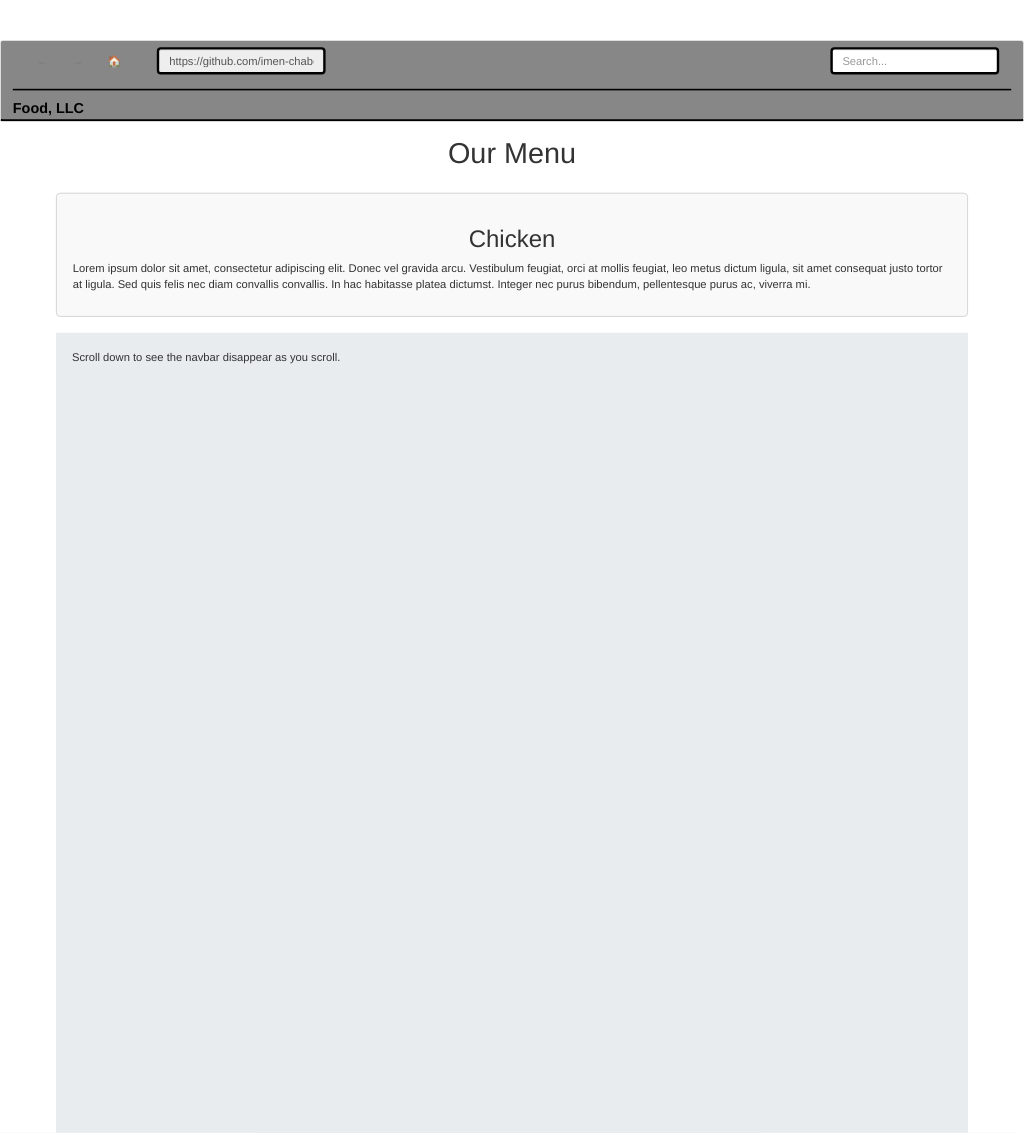
Repository: imen-chabchoub/coursera-test1
Page: mod3-solution/index.html
An editor plug-in stored every save of this project. The page is shown before and after the next save, followed by the edit.
The browser window is 1280 px wide. The pictures show the whole page, at 80% of full size.

Above is the page before, as saved 2025-02-12 15:17:00.

### mod3-solution/index.html
<!DOCTYPE html>
<html lang="en">
<head>
    <meta charset="UTF-8">
    <meta name="viewport" content="width=device-width, initial-scale=1.0">
    <title>Food, LLC</title>
    <link rel="stylesheet" href="https://maxcdn.bootstrapcdn.com/bootstrap/3.3.7/css/bootstrap.min.css">
    <link rel="stylesheet" href="css/style.css">
</head>
<body>
    <!-- Navbar -->
    <nav class="navbar navbar-default">
        <div class="container-fluid">
            <!-- Brand and toggle get grouped for better mobile display -->
            <div class="navbar-header">
                <button type="button" class="navbar-toggle collapsed" data-toggle="collapse" data-target="#navbar-collapse">
                    <span class="sr-only">Toggle navigation</span>
                    <span class="icon-bar"></span>
                    <span class="icon-bar"></span>
                    <span class="icon-bar"></span>
                </button>
            </div>

            <!-- Collect the nav links, forms, and other content for toggling -->
            <div class="collapse navbar-collapse" id="navbar-collapse">
                <ul class="nav navbar-nav">
                    <li><a href="#" class="nav-back">←</a></li>
                    <li><a href="#" class="nav-forward">→</a></li>
                    <li><a href="#" class="nav-home">🏠</a></li>
                </ul>
                <div class="navbar-form navbar-left">
                    <input type="text" class="form-control nav-url" value="https://github.com/imen-chabchoub/coursera-test/tree/module2-solution" readonly>
                </div>
                <div class="navbar-form navbar-right">
                    <input type="text" class="form-control search" placeholder="Search...">
                </div>
            </div><!-- /.navbar-collapse -->
            <div class="navbar-divider"></div>
            <span class="navbar-brand-text">Food, LLC</span>
        </div><!-- /.container-fluid -->
    </nav>

    <!-- Content -->
    <div class="container">
        <h1 class="text-center">Our Menu</h1>
        <div class="row">
            <div class="col-xs-12">
                <div class="menu-section">
                    <h2 class="text-center">Chicken</h2>
                    <p>Lorem ipsum dolor sit amet, consectetur adipiscing elit. Donec vel gravida arcu. Vestibulum feugiat, orci at mollis feugiat, leo metus dictum ligula, sit amet consequat justo tortor at ligula. Sed quis felis nec diam convallis convallis. In hac habitasse platea dictumst. Integer nec purus bibendum, pellentesque purus ac, viverra mi.</p>
                </div>
            </div>
        </div>
        <div class="row">
            <div class="col-xs-12">
                <div class="tall-section">
                    <p>Scroll down to see the navbar disappear as you scroll.</p>
                </div>
            </div>
        </div>
    </div>


    <script src="https://ajax.googleapis.com/ajax/libs/jquery/1.12.4/jquery.min.js"></script>
    <script src="https://maxcdn.bootstrapcdn.com/bootstrap/3.3.7/js/bootstrap.min.js"></script>
</body>
</html>

### mod3-solution/css/style.css
body {
    padding-top: 50px; /* Ensure the content does not overlap the navbar */
}

.navbar {
    margin-bottom: 0;
    background-color: #878787;
    border-bottom: black solid;
}

.navbar-divider {
    border-top: 2px solid black;
    margin-top: 10px;
    margin-bottom: 10px;
}

.navbar-text {
    text-align: center;
    width: 100%;
    padding-top: 10px;
}
.navbar-brand-text {
    font-weight: bold;
    color: black;
    font-size: 18px;
}

.nav-url {
    width: 40%;
    margin: 0 15px;
    border: black solid;
    border-radius: 5px;
    font-size: 14px;
    background-color: #f0f0f0;
}

.search {
    width: 150px;
    border: black solid;
    border-radius: 5px;
}
.menu-section {
    border: 1px solid #ccc;
    padding: 20px;
    margin-top: 20px;
    border-radius: 5px;
    background-color: #f9f9f9;
}

.tall-section {
    height: 1000px;
    background-color: #e9ecef;
    margin-top: 20px;
    padding: 20px;
}

After the next save:
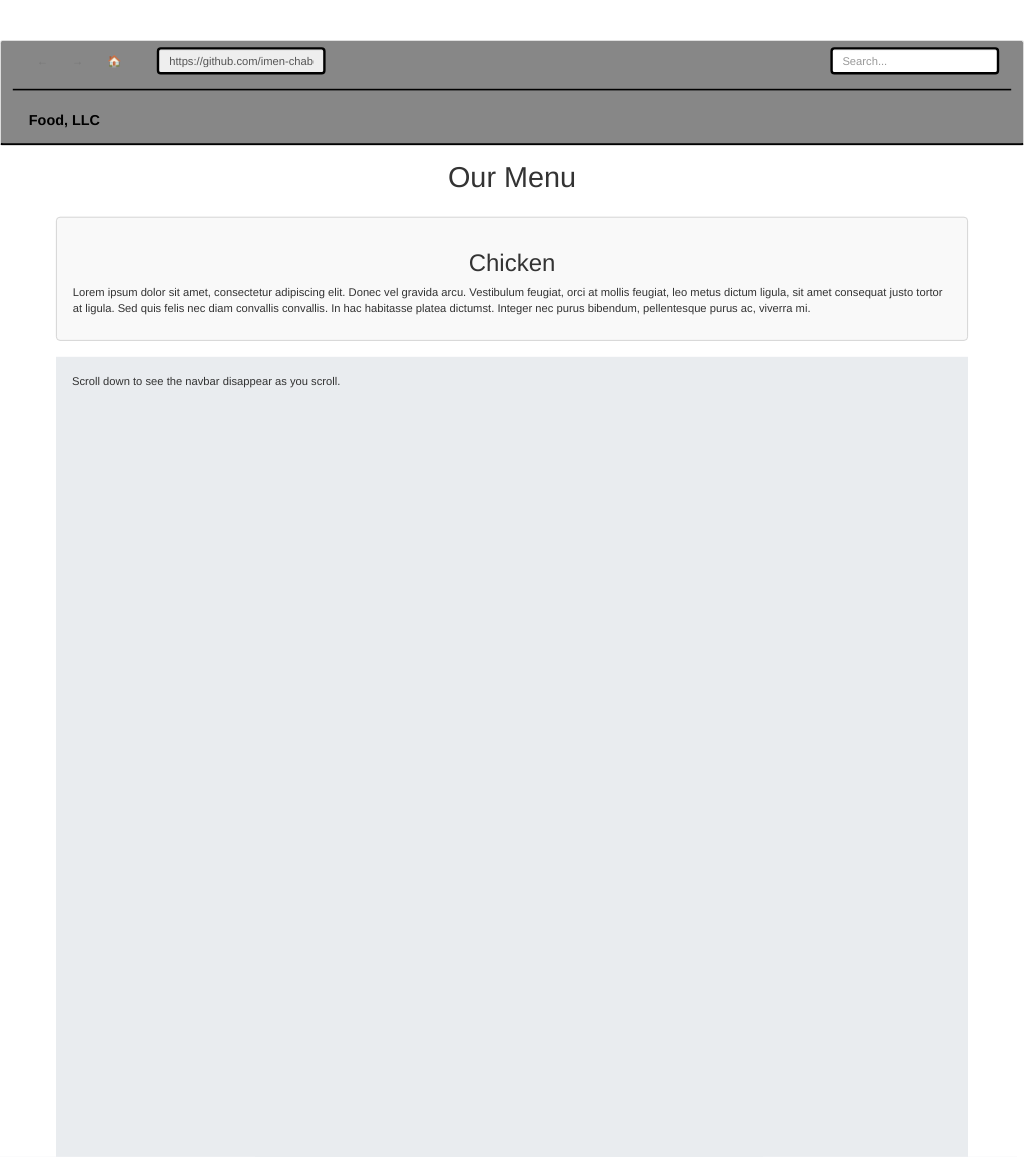
Saved 22 s later.
--- a/mod3-solution/css/style.css
+++ b/mod3-solution/css/style.css
@@ -23,7 +23,10 @@ body {
     font-weight: bold;
     color: black;
     font-size: 18px;
+    padding: 15px 20px;
+    display: inline-block;
 }
+
 
 .nav-url {
     width: 40%;
